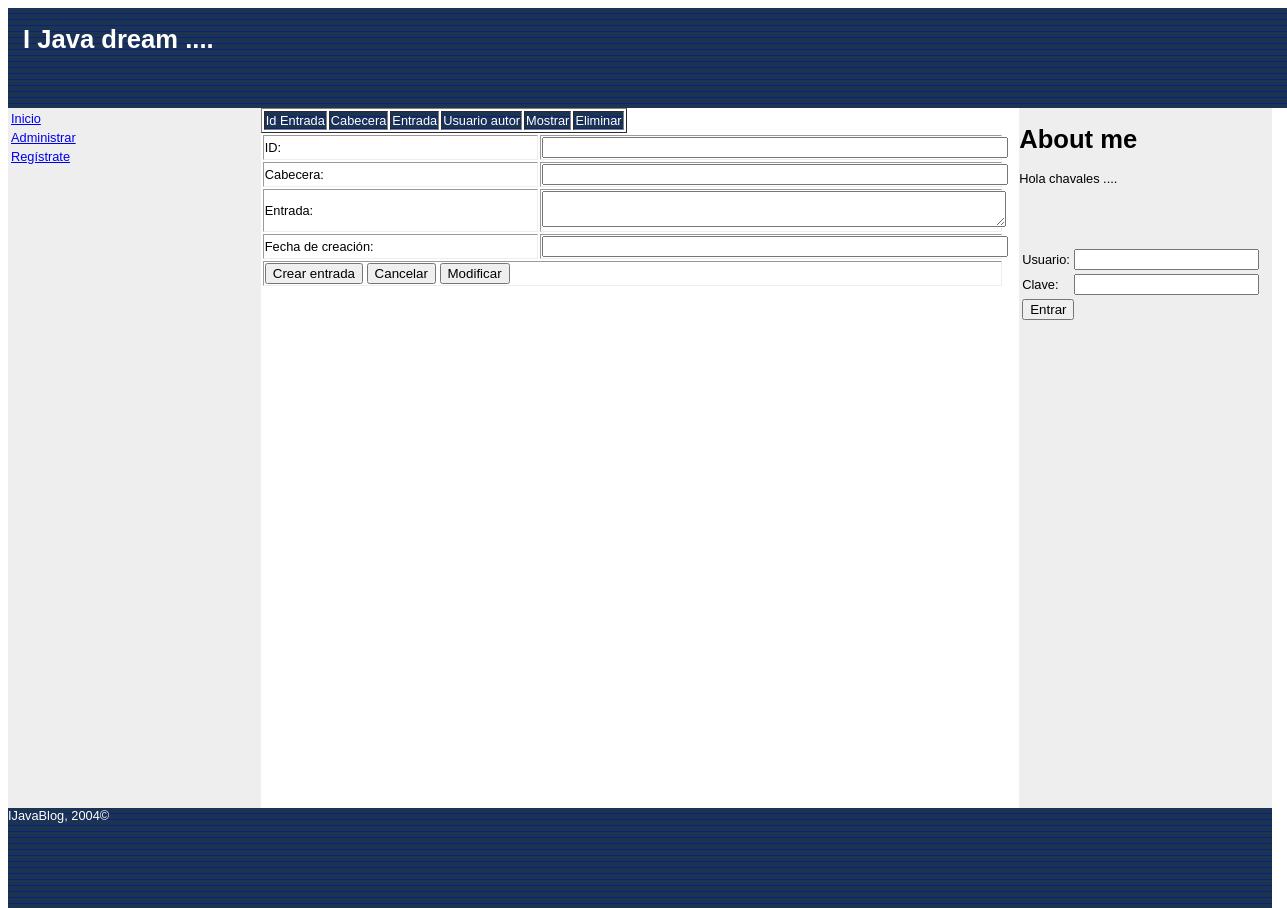
Repository: alruis/IJavaDreamBlog
Page: http://localhost/IJavaBlog/jsp/blog/inicio.jsp
These files come from the project's save history. The page is drawn as it stood at one moment and after the next save; the edit follows.
The browser window is 1280 px wide. The page is 1287 px wide, so the pictures cover 1287 px, including what lies to the right of the window. The pictures show the whole page.
The page is served by Tomcat 9. Nobody is signed in. The application's start-up code is not run. Other server files are loaded and not shown. The template is opened directly, without the code that normally fills it, so the values that code supplies are empty.

Above is the page before, as saved 2014-09-26 14:25:42.
Console error: ReferenceError: init is not defined

### IJavaBlog/WebContent/jsp/blog/inicio.jsp
<%@ page language="java" contentType="text/html; charset=UTF-8"
    pageEncoding="UTF-8"%>
     <%@page import="model.Entrada"%>
 <%@page import="java.util.List"%>
<%@ taglib prefix="c" uri="http://java.sun.com/jsp/jstl/core" %>
<%@ taglib prefix="form" uri="http://www.springframework.org/tags/form" %>
<!DOCTYPE html>
<html>
<head>
	<meta charset="UTF-8">
	<title>IJavaBlog</title>
	<!-- <link href="css/comun.css" rel="stylesheet" type="text/css" />  -->
	<!--<link href="css/bootstrap.css" rel="stylesheet" type="text/css" />  -->
	<link href="css/ijavablog.css" rel="stylesheet" type="text/css" />

	<script>

	const AGREGAR = 0;
		const MODIFICAR = 1;

		var confirmar = function() {
			var confirmado = confirm("Seguro que deseas eliminar la entrada?");
			return confirmado; // true o false
		};

		var guardar = function(op) {
			var form = document.forms.entradaForm;

			if (op == AGREGAR)
				form.action = "agregarEntrada.blog";
			else if (op == MODIFICAR)
				form.action = "modificarEntrada.blog";

			form.submit();
		};



	</script>


</head>
<body  onload="init()">


<div id="cabecera" class="cabecera"><%@ include file="cabecera.jsp" %></div>
<div id="navegacion" class="navegacion"><%@ include file="navegacion.jsp" %></div>

<div id="errores">
		<c:forEach var="e" items="${errores}">
			${e}<br/>
		</c:forEach>

</div>



	<div id="entradas" class="entradas" >
		<table id="tablaEntradas" border="1">


		<tbody id="tbodyEntradas" >
		<thead id="cabeceraEntradas" >
		<tr class="cabeceras">
		<td>Id Entrada</td>
		<td>Cabecera</td>
		<td>Entrada</td>
		<td>Usuario autor</td>
		<td>Mostrar</td>
		<td>Eliminar</td></tr>

		</thead>
		<%
			// Obteniendo personas que son enviadas desde el Controlador
			List<Entrada> entradas = (List<Entrada>)
			request.getAttribute("entradas");

			if (entradas != null) {
				int num = 1;
				for (Entrada ent : entradas) {
		%>

					<tr>

						<td><%= ent.getIdEntrada() %></td>
						<td><%= ent.getCabeceraEntrada() %></td>
						<td><%= ent.getEntrada() %></td>
						<td><%= ent.getIdusuario() %></td>
						<td><a href="mostrar.blog?idEntrada=<%= ent.getIdEntrada() %>"> Mostrar	</a></td>
						<td><a href="eliminar.blog?idEntrada=<%= ent.getIdEntrada() %>"
								onclick="return confirmar()" >Eliminar
							</a>
						</td>
					</tr>

		<%
				}
			}
		%>
		</tbody>
	</table>


	<!--   <h1>Crear entrada</h1> -->
	<form:form action="agregarEntrada.blog" commandName="entradaForm" method="post">
		<table style="width: 98%;border-top: thin;border-bottom: thin;border-left: thin;border-right: thin;" border=1>
		<tr>
				<td>ID:</td>
				<td><form:input path="idEntrada" readonly="true" cssStyle="width:100%"/> </td>
			</tr>
			<tr>
				<td>Cabecera:</td>
				<td><form:input path="cabeceraEntrada" cssStyle="width:100%"/> </td>
			</tr>
			<tr>
				<td>Entrada:</td>
				<td><form:textarea  path="entrada"  cssStyle="width:100%"/> </td>
			</tr>

			<tr>
				<td>Fecha de creación:</td>
				<td><form:input path="fechaCreacion" cssStyle="width:100%"/> </td>
			</tr>
			<tr>
				<td colspan="2">
					<input type="submit" value="Crear entrada"/>
					<!-- <input type="button" value="Agregar entrada" onclick="guardar(AGREGAR)"/> -->
				<input type="button" value="Cancelar" onclick="window.location.href='inicio.blog'"/>
				<input type="button" value="Modificar" onclick="guardar(MODIFICAR)"/>
				</td>
			</tr>
		</table>
	</form:form>
	</div> <!--  Cierre de div de entradas -->

<div  id="enlaces" class="enlaces"><%@ include file="enlaces.jsp" %></div>
<div  id="pie" class="pie">	<%@ include file="pie.jsp" %></div>

</body>
</html>

### IJavaBlog/WebContent/jsp/blog/cabecera.jsp
<%@ page language="java" contentType="text/html; charset=UTF-8"
    pageEncoding="UTF-8"%>
<%@ taglib prefix="c" uri="http://java.sun.com/jsp/jstl/core" %>

<!--  <link href="css/cabecera.css" rel="stylesheet" type="text/css" /> -->
	<!--  <link href="css/bootstrap.css" rel="stylesheet" type="text/css" />  -->

<div id="cabecera" >

	<div onclick="javascript:location.href='index.blog'"><h1>I Java dream ....</h1></div>

</div>

### IJavaBlog/WebContent/jsp/blog/navegacion.jsp
<%@ page language="java" contentType="text/html; charset=UTF-8"
    pageEncoding="UTF-8"%>
<div id="navegacion">
	<table>
	<tr><td><a href='index.blog'">Inicio</a></td></tr>
	<tr><td><a href="administrar.blog"> Administrar</a></td></tr>
	<tr><td><a href="registrarUsuario.blog">Regístrate</a></td></tr>
	</table>

</div>

### IJavaBlog/WebContent/jsp/blog/enlaces.jsp
<%@ page language="java" contentType="text/html; charset=UTF-8"
    pageEncoding="UTF-8"%>
<div id="enlaces">
<div>
	<h1>About me</h1>	Hola chavales ....
</div>
	</br>
	</br>

	</br>
	</br>
	<div>
	<form action="autenticar.blog" method="post">

		<c:choose>
			<c:when test="${empty sessionScope.usuario}">
				<table>
				<tr><td>Usuario:</td><td><input type="text" name="correo"  /> 	</td></tr>
				<tr><td>Clave:</td><td> <input type="text" name="clave" /> 	</td></tr>
				<tr><td colspan=2><input type="submit" value="Entrar" />	</td></tr>
				</table>
			</c:when>
			<c:otherwise>
			<span style="text-align: right;">
				Bienvenido, ${sessionScope.usuario.correo }
				<a href="cerrarSesion.blog">Cerrar sesión</a>
			</span>
			</c:otherwise>
		</c:choose>

	</form>
	</div>
</div>

### IJavaBlog/WebContent/jsp/blog/pie.jsp
<%@ page language="java" contentType="text/html; charset=UTF-8"
    pageEncoding="UTF-8"%>
<div id="pie">
	IJavaBlog, 2004&copy;
</div>

### IJavaBlog/WebContent/css/ijavablog.css
h1 {
	text-align: left;
}

html{
	font-family:Arial, Helvetica, sans-serif;
	font-size:80%;

}

#body {
	clear: both;

}

#registrarUsuario {
	text-align: right;
}


	div.cabecera{
    background:  url("../img/FondoCabecera2.png");
     width:100%;
     height:100px;
     float:left;
     color:white;
     padding-left:15px;


	}

	tr.cabeceras{
	 background:  url("../img/FondoCabecera1.png");
	 color:white;
    background-color:blue;


	}


	div.navegacion{
	background-color:#eeeeee;
    width:20%;
    float:left;
    overflow:hidden;margin:0; padding:0;  position:relative; min-height:700px;

	}

	div.entradas{
	width:60%;
    float:left;


	}

	div.enlaces{
 	background-color:#eeeeee;
    width:20%;
    float:left;

     overflow:hidden;margin:0; padding:0;  position:relative; min-height:700px;

	}


	div.pie{
	 background:  url("../img/FondoCabecera2.png");
      width:100%;
      height:100px;
    color:white;
        float:left;
	}

After the next save:
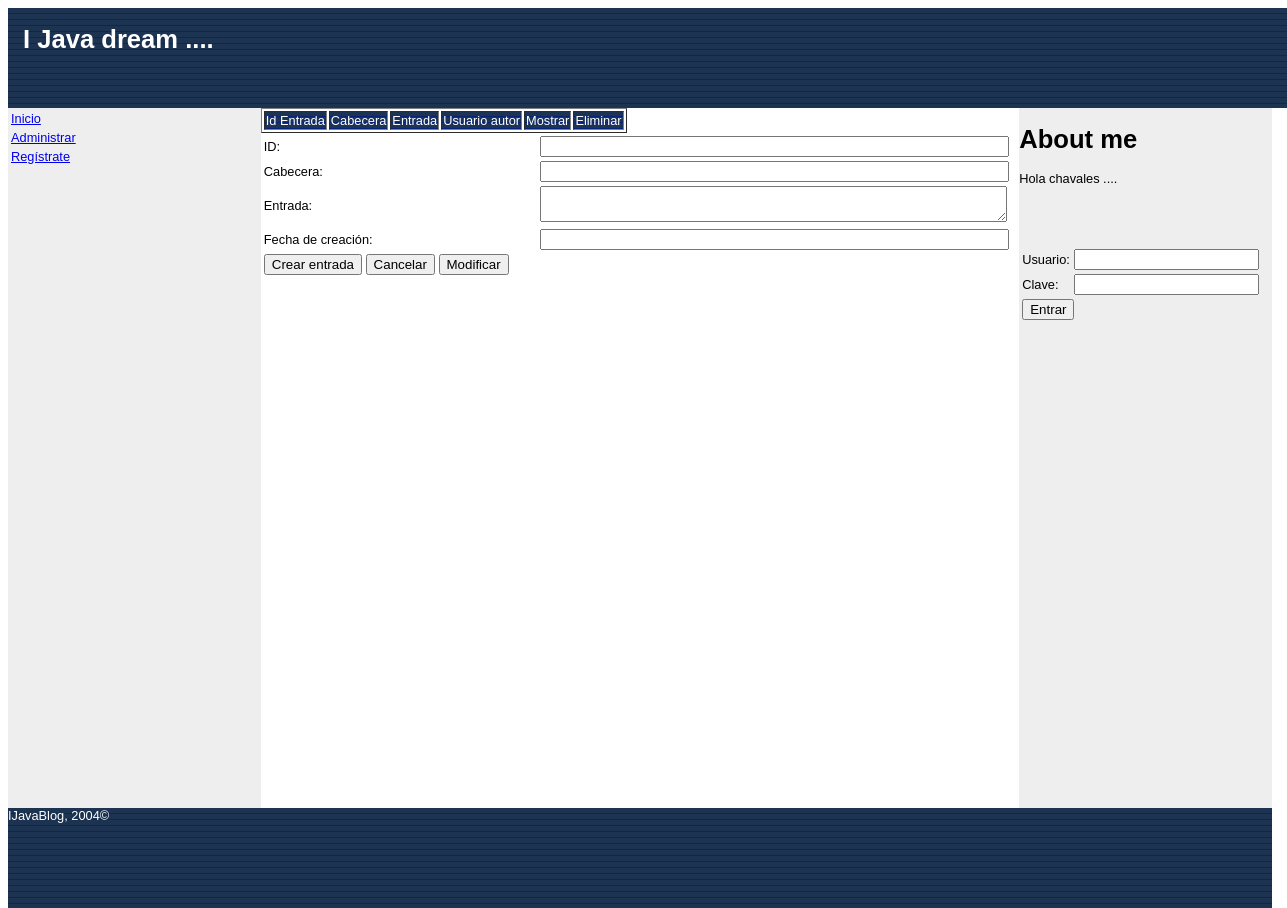
Saved 2 min 58 s later.
--- a/IJavaBlog/WebContent/jsp/blog/inicio.jsp
+++ b/IJavaBlog/WebContent/jsp/blog/inicio.jsp
@@ -103,7 +103,7 @@
 
 	<!--   <h1>Crear entrada</h1> -->
 	<form:form action="agregarEntrada.blog" commandName="entradaForm" method="post">
-		<table style="width: 98%;border-top: thin;border-bottom: thin;border-left: thin;border-right: thin;" border=1>
+		<table style="width: 98%;" >
 		<tr>
 				<td>ID:</td>
 				<td><form:input path="idEntrada" readonly="true" cssStyle="width:100%"/> </td>
